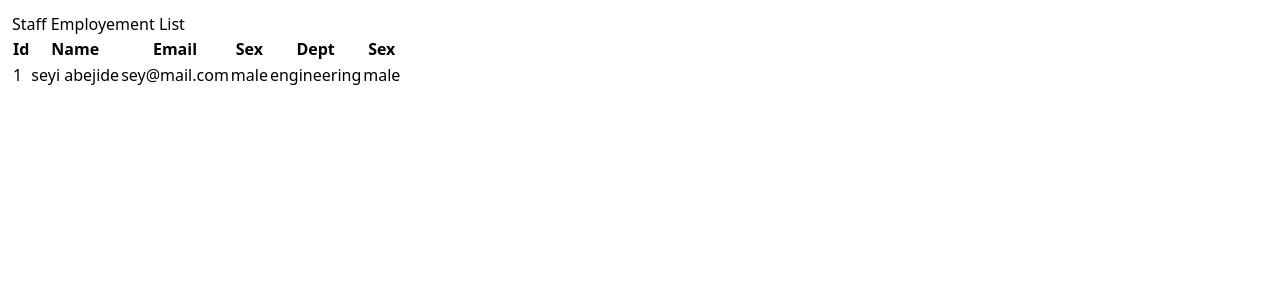
Repository: Semanmernstack/crud
Page: /
These files come from the project's save history. The page is drawn as it stood at one moment and after the next save; the edit follows.
The browser window is 1280 px wide. The pictures show the whole page.
The project was rebuilt for these pictures with package versions that can differ from the ones it lists, and the page was loaded fresh each time. Also part of the build but not shown: src/Details.js, src/Create.js, src/Edit.js.

Above is the page before, as saved 2022-12-23 03:16:48.

After the next save:
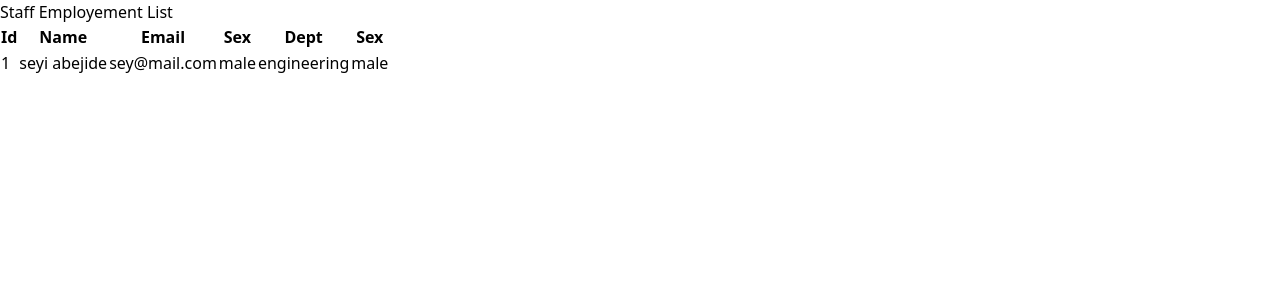
Saved 32 s later.
--- a/src/List.js
+++ b/src/List.js
@@ -2,7 +2,7 @@ import React from 'react'
 
 function List() {
   return (
-    <div className=" p-3 ">
+    <div className="overflow-x-auto ">
 
         <p>Staff Employement List</p>
 
